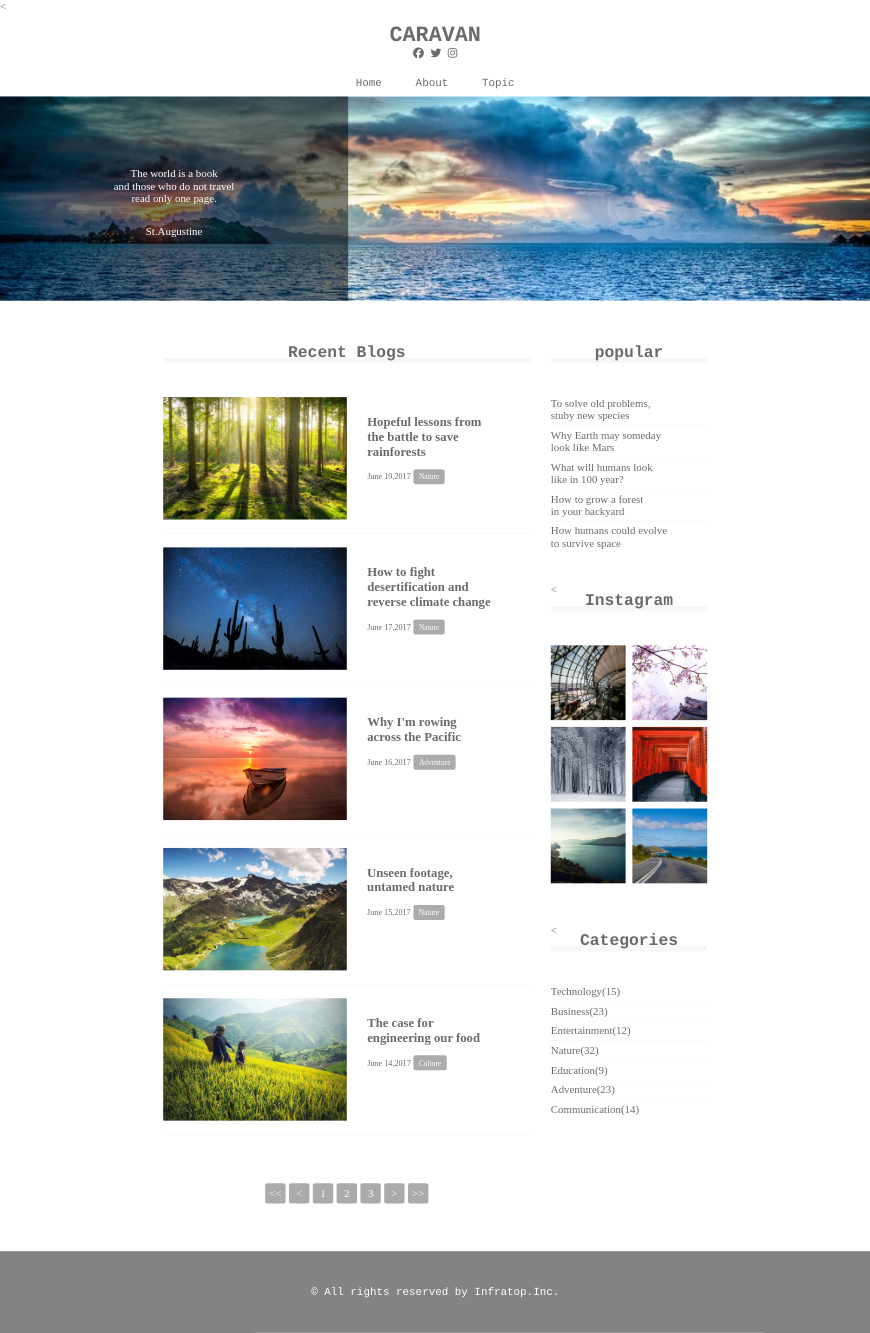
Repository: okazakiryuji/r
Page: caravan/index.html
The author's editor kept a record of every edit. The page is drawn from the files as they stood at one moment, then again after the next edit.
The browser window is 1280 px wide. The pictures show the whole page, at 68% of full size.
Some web libraries are served in a nearby version.

Above is the page before.

### caravan/index.html
<!DOCTYPE html>
<html lang="ja">
  <head>
    <meta charset="UTF-8" />
    <script src="https://kit.fontawesome.com/c9b9a9323b.js" crossorigin="anonymous"></script>
    <link rel="stylesheet" href="style.css" />
    <title>CARAVAN</title>
  </head>

  <body>
    <<header>
      <h1 class="heading">
        <a href="index.html">
          CARAVAN
        </a>
      </h1>
      <div class="social"></div>
      <i class="fa-brands fa-facebook"></i>
      <i class="fa-brands fa-twitter"></i>
      <i class="fa-brands fa-instagram"></i>
    </header>

    <nav>
      <ul class="nav-list">
        <li class="nav-list-item">
          <a href="index.html">Home</a>
        </li>
        <li class="nav-list-item">About</li>
        <li class="nav-list-item">Topic</li>
      </ul>
    </nav>

    <div class="main-visual">
      <div class="main-visual-content">
        <p class="main-visual-text">
          The world is a book<br />
          and those who do not travel<br />
          read only one page.
        </p>
        <p class="main-visual-name">
          St.Augustine
        </p>
      </div>
    </div>

    <main>
      <section class="blog">
        <h2 class="blog-heading">Recent Blogs</h2>

        <div class="blog-box">
          <div class="blog-item">
          <img class="blog-image" src="img/forest.jpg">
          <section class="blog-text">
          <h3 class="blog-text-heading">
            <a href="single.html">
              Hopeful lessons from<br>
              the battle to save<br>
              rainforests
            </a>
          </h3>
          <p class="blog-date">June 19,2017</p>
          <span class="category">Nature</span>
          </section>
         </div>
          <div class="blog-item">
          <img class="blog-image" src="img/desert.jpg">
          <section class="blog-text">
          <h3 class="blog-text-heading">
            <a href="single.html">
              How to fight<br>
              desertification and<br>
              reverse climate change
            </a>
          </h3>
          <p class="blog-date">June 17,2017</p>
          <span class="category">Nature</span>
          </section>
         </div>
         <div class="blog-item">
          <img class="blog-image" src="img/sunset.jpg">
          <section class="blog-text">
          <h3 class="blog-text-heading">
            <a href="single.html">
              Why I'm rowing<br>
              across the Pacific
            </a>
          </h3>
          <p class="blog-date">June 16,2017</p>
          <span class="category">Adventure</span>
          </section>
         </div>
        </div>
        </div>
         <div class="blog-item">
          <img class="blog-image" src="img/italy.jpg">
          <section class="blog-text">
          <h3 class="blog-text-heading">
            <a href="single.html">
              Unseen footage,<br>
              untamed nature
            </a>
          </h3>
          <p class="blog-date">June 15,2017</p>
          <span class="category">Nature</span>
          </section>
         </div>
        </div>
        </div>
         <div class="blog-item">
          <img class="blog-image" src="img/asia.jpg">
          <section class="blog-text">
          <h3 class="blog-text-heading">
            <a href="single.html">
               The case for<br>
               engineering our food
          </h3>
          <p class="blog-date">June 14,2017</p>
          <span class="category">Culture</span>
          </section>
         </div>
        </div>
         <div class="pagination">
          <p><<</p>
          <p><</p>
          <p>1</p>
          <p>2</p>
          <p>3</p>
          <p>></p>
          <p>>></p>
        </div>
      </section>

      <div class="sidebar">
        <section class="popular">
          <h2 class="popular-heading common-heading">popular</h2>
          <div class="sidebar-contents">
             <p class="popular-text">To solve old problems,<br>stuby new species</p>
             <p class="popular-text">Why Earth may someday<br>look like Mars</p>
             <p class="popular-text">What will humans look<br>like in 100 year?</p>
             <p class="popular-text">How to grow a forest<br>in your backyard</p>
             <p class="popular-text">How humans could evolve<br>to survive space</p>
          </div>
        </section>
        <<section class="instagram">
          <h2 class="instagram-heading common-heading">Instagram</h2>
          <div class="sidebar-contents">
            <div class="instagram-box"></div>
            <div class="instagram-box"></div>
            <div class="instagram-box"></div>
            <div class="instagram-box"></div>
            <div class="instagram-box"></div>
            <div class="instagram-box"></div>
          </div>
        </section>
        <<section class="categories">
          <h2 class="categories-heading common-heading">Categories</h2>
          <div class="sidebar-contents">
            <p class="categories-text">Technology(15)</p>
            <p class="categories-text">Business(23)</p>
            <p class="categories-text">Entertainment(12)</p>
            <p class="categories-text">Nature(32)</p>
            <p class="categories-text">Education(9)</p>
            <p class="categories-text">Adventure(23)</p>
            <p class="categories-text">Communication(14)</p>
          </div>
        </section>
      </div>
      <div class="sidebar"></div>
    </main>

    <footer>
      <p class="footer-text">© All rights reserved by Infratop.Inc.</p>
    </footer>

   </body>
</html>

### caravan/style.css
* {
  margin: 0;
  padding: 0;
  box-sizing: border-box;
  color: #6c6b6b;
}

a{
  text-decoration: none;
}

header,nav,h2,main-visual,footer{
  font-family: Chalkduster, "Bradley Hand", Courier, "Segoe Print", sans-serif;
}

header{
  width: 90%;
  padding: 15px 0;
  margin: 0 auto;
  text-align: center;
  position: relative;
}

.social i {
  display: inline-block;
  margin-left: 20px;
}
.social {
position: absolute;
top:22px;
right: 22px;
}

header .heading{
  font-size: 32px;
}


.nav-list{
  text-align: center;
  padding: 10px 0;
  margin: 0 auto;
}

.nav-list-item{
   list-style: none;
  display: inline-block;
  margin: 0 20px;
}

.main-visual{
  width: 100%;
  height: 300px;
  background-image: url(img/mv.jpg);
  background-size: cover;
  background-position: center;
 }

.main-visual-content{
  width: 40%;
  height: 300px;
  background-color: rgba(0,0,0,0.5);
  text-align: center;
  padding-top: 105px;
  }

.main-visual-text{
  color: #fff;
}

.main-visual-name{
  margin-top: 30px;
  color: #fff;
}

main{
  width: 800px;
  display: flex;
  justify-content:center;
  margin: 0 auto;
  padding: 70px 0;
}

.blog{
  width: 540px;
  margin-right: 30px;
}

.blog-heading{
  border-bottom: 8px solid #f7f7f7;
  text-align: center;
  line-height: 0.6;
}

.blog-box{
  padding-top: 50px;
}
.blog-item{
  padding-bottom: 20px;
  margin-bottom: 20px;
  border-bottom: 1px solid #f7f7f7;
  display: flex;
  justify-content: flex-start;
}

.blog-image{
  height: 180px;
}

.blog-text{
  padding: 25px 0 0 30px;
}

.blog-text-heading{
  padding-bottom: 15px;
}
.blog-date{
  font-size: 12px;
  display: inline-block;
}
.category{
  display: inline-block;
  padding: 5px 8px;
  background-color: #acabab;
  border-radius: 3px;
  color: #fff;
  font-size: 11px;
}

.pagination{
  text-align: center;
  padding-top: 50px;
}

.pagination p{
  display: inline-block;
  width: 30px;
  height: 30px;
  margin: 0.5px;
  color: #fff;
  background-color: #acabab;
  border-radius: 3px;
  line-height: 30px;
}
.sidebar{
  width: 230px;
}

.common-heading{
  border-bottom: 8px solid #f7f7f7;
  text-align: center;
  line-height: 0.6;
}

.sidebar-contents{
  padding: 50px 0;
}

.popular-text,
.categories-text{
 padding-bottom: 5px;
 border-bottom: 1px solid #f7f7f7;
 margin-bottom: 5px;
}

.popular-text:last-child,
.categories-text:last-child{
  margin: 0;
  padding: 0;
  border: none;
}

.instagram .sidebar-contents{
  display: flex;
  flex-wrap:wrap;
}

.instagram-box{
  width: 110px;
  padding-top: 110px;
  background-size: cover;
  background-position: center;
  margin-bottom: 10px;
}

.instagram-box:nth-child(odd){
  margin: 0 10px 10px 0;
}

.instagram-box:nth-child(1){
  background-image: url(img/airport.jpg);
}

.instagram-box:nth-child(2){
   background-image: url(img/japan.jpg);
}

.instagram-box:nth-child(3) {
  background-image: url(img/snow.jpg);
}

.instagram-box:nth-child(4) {
  background-image: url(img/japan2.jpg);
}

.instagram-box:nth-child(5) {
  background-image: url(img/lake.jpg);
}

.instagram-box:nth-child(6) {
  background-image: url(img/road.jpg);
}

footer{
  width: 100%;
  height: 120px;
  text-align: center;
  line-height: 120px;
  background-color: #848282;
}

.footer-text{
  color: #fff;
}

@media screen and (max-width:425px){
  select{
    width: 100px;
  }

.nav-list {
    width: 100%;
  }

  .nav-list-item {
    width: 100%;
    margin: 0 0 10px 0;
  }

  .social {
    display: none;
  }

  .main-visual-content {
    width: 100%;
  }

  main {
    width: 100%;
    display: block;
  }

  .blog {
    width: 100%;
    margin: 0;
  }

  .blog-box {
    padding-left: 2%;
    padding-right: 2%;
  }

  .blog-image {
    width: 49%;
  }

  .blog-text {
    width: 49%;
    padding-top: 5px;
  }

  .sidebar {
    width: 100%;
  }

  .sidebar-contents {
    padding-left: 3%;
    padding-right: 3%;
  }

  .instagram-box {
    width: 48%;
    padding-top: 48%;
  }

  .instagram-box:nth-child(odd) {
    margin-right: 4%;
  }

  .pagination {
    margin-bottom: 50px;
  }
}

After the next edit:
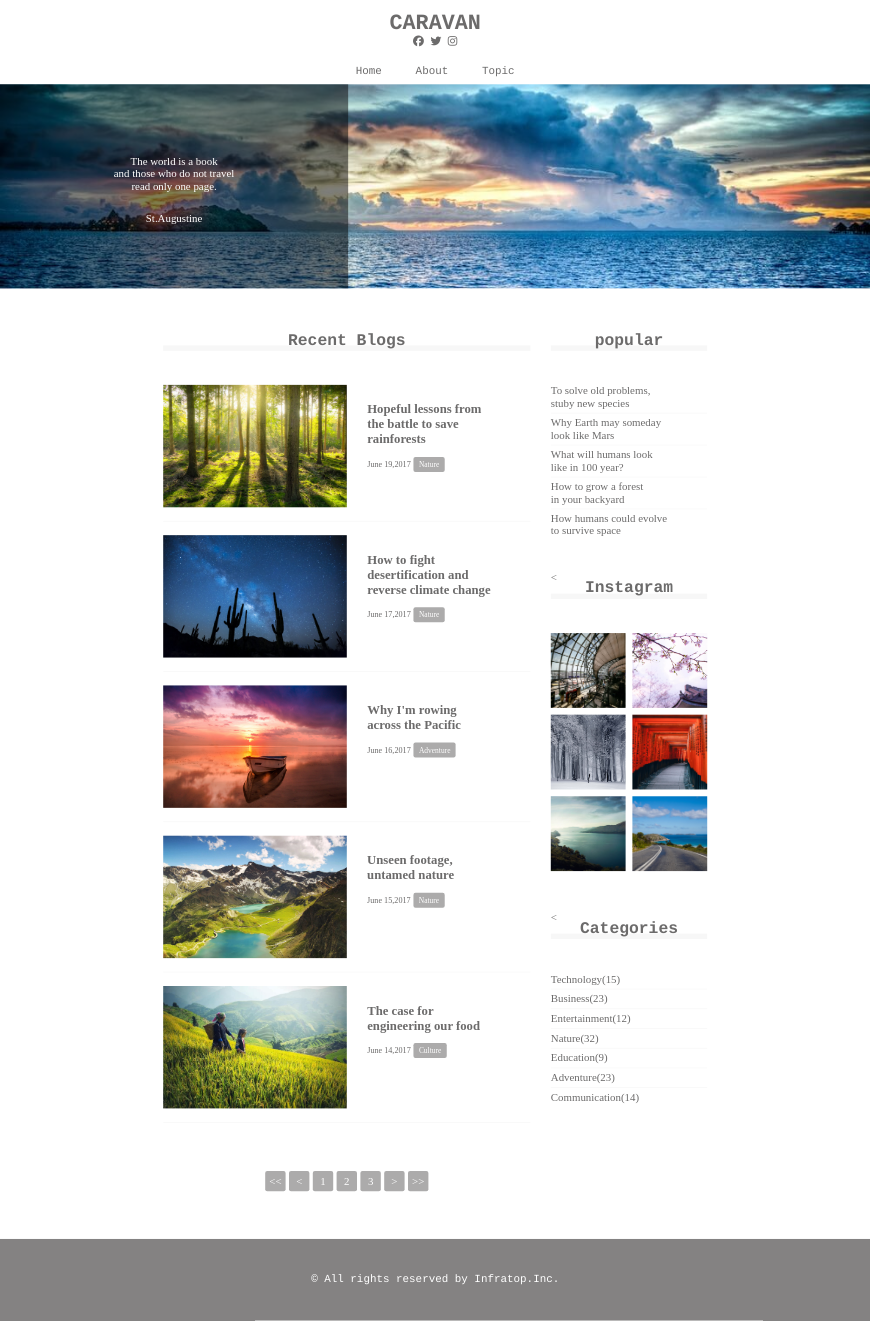
The edit:
--- a/caravan/index.html
+++ b/caravan/index.html
@@ -8,7 +8,7 @@
   </head>
 
   <body>
-    <<header>
+    <header>
       <h1 class="heading">
         <a href="index.html">
           CARAVAN
